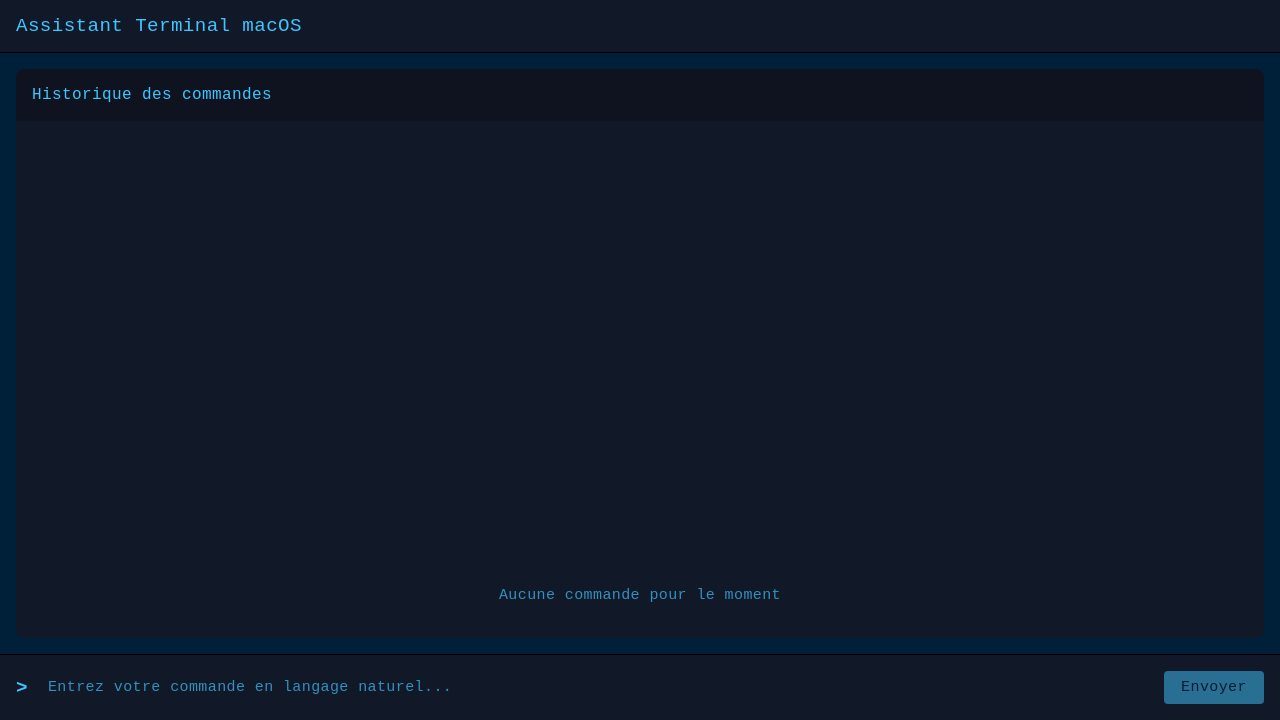
Repository: flobutbut/NaturalMac
Page: /
These files come from the project's save history. The page is drawn as it stood at one moment and after the next save; the edit follows.
The browser window is 1280 px wide. The pictures show the whole page.
The page's requests for data from a server got no answer. The project was rebuilt for these pictures with package versions that can differ from the ones it lists, and the page was loaded fresh each time. No one was signed in, and anything a server would have sent is missing. Also part of the build but not shown: vite.config.ts, src/components/command/CommandItem.vue.

Above is the page before, as saved 2025-03-10 22:13:08.

### index.html
<!DOCTYPE html>
<html lang="fr">
  <head>
    <meta charset="UTF-8" />
    <link rel="icon" type="image/png" href="/icon.png" />
    <meta name="viewport" content="width=device-width, initial-scale=1.0" />
    <meta http-equiv="Content-Security-Policy" content="default-src 'self'; script-src 'self' 'unsafe-inline' 'unsafe-eval'; style-src 'self' 'unsafe-inline';">
    <title>MacOS Assistant</title>
  </head>
  <body>
    <div id="app"></div>
    <script type="module" src="/src/main.ts"></script>
  </body>
</html>

### src/main.ts
import { createApp } from 'vue'
import { createPinia } from 'pinia'
import App from './App.vue'
import i18n from './i18n'
import './assets/main.css'

const app = createApp(App)

app.use(createPinia())
app.use(i18n)

app.mount('#app')

### src/App.vue
<template>
  <div class="app">
    <header class="app-header">
      <h1>{{ $t('app.title') }}</h1>
    </header>

    <main class="app-main">
      <CommandHistory />
    </main>

    <footer class="app-footer">
      <CommandInput />
    </footer>
  </div>
</template>

<script setup lang="ts">
import CommandInput from '@/components/command/CommandInput.vue'
import CommandHistory from '@/components/command/CommandHistory.vue'
</script>

<style>
.app {
  height: 100vh;
  display: flex;
  flex-direction: column;
  background-color: var(--surface-background);
}

.app-header {
  padding: 1rem;
  background-color: var(--surface-front);
  border-bottom: 1px solid var(--border-color);
}

.app-header h1 {
  margin: 0;
  font-size: 1.2rem;
  font-weight: 500;
  color: var(--text-primary);
}

.app-main {
  flex: 1;
  overflow: hidden;
  padding: 1rem;
}

.app-footer {
  background-color: var(--surface-front);
  border-top: 1px solid var(--border-color);
}
</style>

### src/i18n.ts
import { createI18n } from 'vue-i18n'
import fr from './locales/fr'

export default createI18n({
  legacy: false,
  locale: 'fr',
  fallbackLocale: 'fr',
  messages: {
    fr
  }
})

### src/assets/main.css
@import url('https://fonts.googleapis.com/css2?family=Source+Code+Pro:wght@400;500;600&display=swap');

:root {
  /* Couleurs */
  --primary-color: #40C5FF;
  --error-color: #FF407F;
  --success-color: #2DC815;

  --surface-background: #00203A;
  --surface-front: #111827;
  --border-color: #000000;

  --text-primary: #40C5FF;
  --text-secondary: rgba(64, 197, 255, 0.7);

  /* Typography */
  --font-family: 'Source Code Pro', monospace;
  --font-size-base: 15px;
  --line-height-base: 20px;
  --letter-spacing: 0.4px;
}

/* Reset des styles de base */
body {
  margin: 0;
  font-family: var(--font-family);
  font-size: var(--font-size-base);
  line-height: var(--line-height-base);
  letter-spacing: var(--letter-spacing);
  color: var(--text-primary);
  background-color: var(--surface-background);
}

/* Styles des boutons */
.btn {
  font-family: var(--font-family);
  font-size: var(--font-size-base);
  letter-spacing: var(--letter-spacing);
  padding: 0.5rem 1rem;
  border-radius: 4px;
  border: 1px solid var(--border-color);
  cursor: pointer;
  transition: all 0.2s ease;
}

.btn--primary {
  background-color: var(--primary-color);
  color: var(--surface-background);
  border: none;
}

.btn--secondary {
  background-color: var(--surface-front);
  color: var(--text-primary);
  border: 1px solid var(--border-color);
}

.btn--text {
  background: none;
  border: none;
  color: var(--text-secondary);
  padding: 0.25rem 0.5rem;
}

.btn:hover {
  opacity: 0.9;
  transform: translateY(-1px);
}

.btn:disabled {
  opacity: 0.5;
  cursor: not-allowed;
  transform: none;
}

/* Styles des inputs */
input[type="text"],
input[type="password"],
textarea {
  font-family: var(--font-family);
  font-size: var(--font-size-base);
  letter-spacing: var(--letter-spacing);
  background-color: var(--surface-front);
  border: 1px solid var(--border-color);
  color: var(--text-primary);
  padding: 0.5rem;
  border-radius: 4px;
}

input:focus,
textarea:focus {
  outline: none;
  border-color: var(--primary-color);
}

/* Styles des scrollbars */
::-webkit-scrollbar {
  width: 8px;
  height: 8px;
}

::-webkit-scrollbar-track {
  background: var(--surface-background);
}

::-webkit-scrollbar-thumb {
  background: var(--surface-front);
  border-radius: 4px;
}

::-webkit-scrollbar-thumb:hover {
  background: var(--primary-color);
}

/* Theme sombre */
@media (prefers-color-scheme: dark) {
  :root {
    --text-primary: #ecf0f1;
    --text-secondary: #bdc3c7;

    --bg-primary: #2c3e50;
    --bg-secondary: #34495e;
    --bg-code: #1a252f;

    --border-color: #4a5568;
  }
}

### src/components/command/CommandInput.vue
<template>
  <div class="command-input">
    <form @submit.prevent="handleSubmit" class="command-input__form">
      <span class="command-input__prompt">></span>
      <input
        v-model="input"
        type="text"
        :placeholder="$t('command.input.placeholder')"
        class="command-input__field"
        :disabled="isProcessing"
      />
      <button
        type="submit"
        :disabled="!input.length || isProcessing"
        class="btn btn--primary command-input__submit"
      >
        {{ isProcessing ? $t('command.input.processing') : $t('command.input.submit') }}
      </button>
    </form>
  </div>
</template>

<script setup lang="ts">
import { ref } from 'vue'
import { useCommandStore } from '@/stores/commandStore'
import { CommandStatus, CommandType } from '@/types/command'
import { useAI } from '@/composables/useAI'
import { v4 as uuidv4 } from 'uuid'

const input = ref('')
const commandStore = useCommandStore()
const { generateCommand, isProcessing } = useAI()

const handleSubmit = async () => {
  const command = {
    id: uuidv4(),
    input: input.value,
    generatedCommand: '',
    status: CommandStatus.PENDING,
    timestamp: new Date(),
    type: CommandType.SYSTEM
  }

  commandStore.addCommand(command)
  commandStore.setCurrentCommand(command)

  try {
    await generateCommand(command)
  } catch (error) {
    console.error('Erreur lors de la génération de la commande:', error)
  }

  input.value = ''
}
</script>

<style scoped>
.command-input {
  padding: 1rem;
}

.command-input__form {
  display: flex;
  gap: 0.75rem;
  align-items: center;
}

.command-input__prompt {
  color: var(--primary-color);
  font-weight: 600;
  font-size: 1.2rem;
}

.command-input__field {
  flex: 1;
  background: transparent;
  border: none;
  color: var(--text-primary);
  font-size: var(--font-size-base);
}

.command-input__field:focus {
  outline: none;
}

.command-input__field::placeholder {
  color: var(--text-secondary);
}

.command-input__submit {
  min-width: 100px;
}
</style>

### src/components/command/CommandHistory.vue
<template>
  <div class="command-history">
    <div class="command-history__header">
      <h2>{{ $t('command.history.title') }}</h2>
      <button
        v-if="commands.length"
        class="btn btn--text"
        @click="clearHistory"
      >
        {{ $t('command.history.clear') }}
      </button>
    </div>

    <div class="command-history__list" ref="historyList">
      <TransitionGroup name="command-list">
        <CommandItem
          v-for="command in commands"
          :key="command.id"
          :command="command"
          @execute="executeCommand"
          @cancel="cancelCommand"
        />
      </TransitionGroup>
    </div>

    <div
      v-if="!commands.length"
      class="command-history__empty"
    >
      {{ $t('command.history.empty') }}
    </div>
  </div>
</template>

<script setup lang="ts">
import { ref, watch, computed, nextTick } from 'vue'
import { useCommandStore } from '@/stores/commandStore'
import { CommandStatus } from '@/types/command'
import type { Command } from '@/types/command'
import CommandItem from './CommandItem.vue'
import { useI18n } from 'vue-i18n'
import { useCommandExecutor } from '@/composables/useCommandExecutor'

const { t } = useI18n()
const commandStore = useCommandStore()
const historyList = ref<HTMLElement | null>(null)

const commands = computed(() => commandStore.commands)
const { executeCommand: execCommand, isExecuting } = useCommandExecutor()

const executeCommand = async (command: Command) => {
  try {
    await execCommand(command)
  } catch (error) {
    console.error('Erreur lors de l\'exécution de la commande:', error)
  }
}

const cancelCommand = (command: Command) => {
  commandStore.updateCommand(command.id, {
    status: CommandStatus.COMPLETED,
    output: 'Commande annulée'
  })
}

const clearHistory = () => {
  if (confirm(t('command.history.confirmClear'))) {
    commandStore.$reset()
  }
}

// Scroll automatique vers la dernière commande
watch(() => commands.value.length, () => {
  nextTick(() => {
    if (historyList.value) {
      historyList.value.scrollTop = historyList.value.scrollHeight
    }
  })
})
</script>

<style scoped>
.command-history {
  height: 100%;
  display: flex;
  flex-direction: column;
  background-color: var(--surface-front);
  border-radius: 8px;
  overflow: hidden;
}

.command-history__header {
  display: flex;
  justify-content: space-between;
  align-items: center;
  padding: 1rem;
  background-color: rgba(0, 0, 0, 0.2);
}

.command-history__header h2 {
  margin: 0;
  font-size: 1rem;
  font-weight: 500;
}

.command-history__list {
  flex: 1;
  overflow-y: auto;
  padding: 1rem;
}

.command-history__empty {
  text-align: center;
  color: var(--text-secondary);
  padding: 2rem;
}

.command-list-enter-active,
.command-list-leave-active {
  transition: all 0.3s ease;
}

.command-list-enter-from,
.command-list-leave-to {
  opacity: 0;
  transform: translateY(30px);
}
</style>

### src/locales/fr.ts
export default {
  app: {
    title: 'Assistant Terminal macOS'
  },
  command: {
    input: {
      placeholder: 'Entrez votre commande en langage naturel...',
      label: 'Demande',
      submit: 'Envoyer',
      processing: 'Traitement...'
    },
    generated: {
      label: 'Commande générée'
    },
    output: {
      label: 'Résultat'
    },
    status: {
      pending: 'En attente',
      generating: 'Génération...',
      confirming: 'En attente de confirmation',
      executing: 'Exécution...',
      completed: 'Terminé',
      error: 'Erreur'
    },
    actions: {
      execute: 'Exécuter',
      cancel: 'Annuler'
    },
    history: {
      title: 'Historique des commandes',
      empty: 'Aucune commande pour le moment',
      clear: 'Effacer l\'historique',
      confirmClear: 'Êtes-vous sûr de vouloir effacer tout l\'historique ?'
    }
  }
}

### src/stores/commandStore.ts
import { defineStore } from 'pinia'
import { ref } from 'vue'
import type { Command } from '@/types/command'

export const useCommandStore = defineStore('command', () => {
  const commands = ref<Command[]>([])
  const currentCommand = ref<Command | null>(null)

  const addCommand = (command: Command) => {
    commands.value.push(command)
  }

  const updateCommand = (id: string, updates: Partial<Command>) => {
    const index = commands.value.findIndex(cmd => cmd.id === id)
    if (index !== -1) {
      commands.value[index] = { ...commands.value[index], ...updates }
    }
  }

  const setCurrentCommand = (command: Command | null) => {
    currentCommand.value = command
  }

  return {
    commands,
    currentCommand,
    addCommand,
    updateCommand,
    setCurrentCommand
  }
})

### src/types/command.ts
export interface Command {
  id: string;
  input: string;
  generatedCommand: string;
  output?: string;
  status: CommandStatus;
  timestamp: Date;
  type: CommandType;
}

export enum CommandStatus {
  PENDING = 'pending',
  GENERATING = 'generating',
  CONFIRMING = 'confirming',
  EXECUTING = 'executing',
  COMPLETED = 'completed',
  ERROR = 'error'
}

export enum CommandType {
  FILE = 'file',
  SYSTEM = 'system',
  MEDIA = 'media',
  NETWORK = 'network',
  PRODUCTIVITY = 'productivity'
}

### src/composables/useAI.ts
import { ref } from 'vue'
import { ClaudeService } from '@/services/ai/claudeService'
import type { Command } from '@/types/command'
import { CommandStatus } from '@/types/command'
import { useCommandStore } from '@/stores/commandStore'

export function useAI() {
  const aiService = new ClaudeService()
  const isProcessing = ref(false)
  const commandStore = useCommandStore()

  const generateCommand = async (command: Command) => {
    isProcessing.value = true

    try {
      commandStore.updateCommand(command.id, {
        status: CommandStatus.GENERATING
      })

      const generatedCommand = await aiService.generateCommand(command.input)

      commandStore.updateCommand(command.id, {
        generatedCommand,
        status: CommandStatus.CONFIRMING
      })

      return generatedCommand
    } catch (error) {
      commandStore.updateCommand(command.id, {
        status: CommandStatus.ERROR,
        output: error instanceof Error ? error.message : 'Erreur inconnue'
      })
      throw error
    } finally {
      isProcessing.value = false
    }
  }

  return {
    generateCommand,
    isProcessing
  }
}

### src/composables/useCommandExecutor.ts
import { ref } from 'vue'
import { MacOSCommandExecutor } from '@/services/system/commandExecutor'
import type { Command } from '@/types/command'
import { CommandStatus } from '@/types/command'
import { useCommandStore } from '@/stores/commandStore'

export function useCommandExecutor() {
  const executor = new MacOSCommandExecutor()
  const isExecuting = ref(false)
  const commandStore = useCommandStore()

  const executeCommand = async (command: Command) => {
    isExecuting.value = true

    try {
      const validation = executor.validateCommand(command.generatedCommand)

      if (!validation.isValid) {
        commandStore.updateCommand(command.id, {
          status: CommandStatus.ERROR,
          output: validation.message
        })
        return
      }

      commandStore.updateCommand(command.id, {
        status: CommandStatus.EXECUTING
      })

      const result = await executor.execute(command.generatedCommand)

      commandStore.updateCommand(command.id, {
        status: result.success ? CommandStatus.COMPLETED : CommandStatus.ERROR,
        output: result.success ? result.output : result.error
      })

      return result
    } catch (error) {
      commandStore.updateCommand(command.id, {
        status: CommandStatus.ERROR,
        output: error instanceof Error ? error.message : 'Erreur inconnue'
      })
      throw error
    } finally {
      isExecuting.value = false
    }
  }

  return {
    executeCommand,
    isExecuting
  }
}

### src/services/ai/claudeService.ts
import { AI_CONFIG } from '@/config/ai.config'
import type { AIService } from '@/types/ai'

export class ClaudeService implements AIService {
  private apiKey: string;

  constructor() {
    this.apiKey = AI_CONFIG.apiKey;
    if (!this.apiKey) {
      throw new Error('API Key non configurée');
    }
  }

  async generateCommand(input: string): Promise<string> {
    try {
      const response = await fetch('https://api.anthropic.com/v1/messages', {
        method: 'POST',
        headers: {
          'Content-Type': 'application/json',
          'x-api-key': this.apiKey,
          'anthropic-version': '2023-06-01'
        },
        body: JSON.stringify({
          model: AI_CONFIG.model,
          max_tokens: AI_CONFIG.maxTokens,
          messages: [
            {
              role: 'system',
              content: AI_CONFIG.basePrompt
            },
            {
              role: 'user',
              content: input
            }
          ],
          temperature: AI_CONFIG.temperature
        })
      });

      const data = await response.json();

      if (!response.ok) {
        throw new Error(`Erreur API: ${data.error?.message || 'Erreur inconnue'}`);
      }

      return data.content[0].text;
    } catch (error) {
      console.error('Erreur lors de la génération de la commande:', error);
      throw error;
    }
  }
}

### src/services/system/commandExecutor.ts
import type { CommandExecutor, ExecutionResult, ValidationResult } from '@/types/executor'
import { RiskLevel } from '@/types/executor'

export class MacOSCommandExecutor implements CommandExecutor {
  private activeCommands: Map<string, AbortController> = new Map()

  async execute(command: string): Promise<ExecutionResult> {
    const validation = this.validateCommand(command)

    if (!validation.isValid) {
      return {
        success: false,
        output: '',
        error: validation.message
      }
    }

    try {
      const result = await window.electronAPI.executeCommand(command)
      return result
    } catch (error) {
      return {
        success: false,
        output: '',
        error: error instanceof Error ? error.message : 'Erreur inconnue'
      }
    }
  }

  validateCommand(command: string): ValidationResult {
    const risks = []

    // Vérification des commandes dangereuses
    if (command.includes('rm -rf') || command.includes('sudo')) {
      risks.push({
        level: RiskLevel.HIGH,
        description: 'Commande potentiellement dangereuse détectée',
        mitigation: 'Évitez d\'utiliser rm -rf ou sudo directement'
      })
    }

    // Vérification des chemins sensibles
    if (command.includes('/etc') || command.includes('/usr')) {
      risks.push({
        level: RiskLevel.MEDIUM,
        description: 'Accès à des répertoires système',
        mitigation: 'Assurez-vous d\'avoir les permissions nécessaires'
      })
    }

    // Vérification des commandes de réseau
    if (command.includes('curl') || command.includes('wget')) {
      risks.push({
        level: RiskLevel.LOW,
        description: 'Commande réseau détectée',
        mitigation: 'Vérifiez l\'URL source avant l\'exécution'
      })
    }

    const hasHighRisk = risks.some(risk => risk.level === RiskLevel.HIGH)

    return {
      isValid: !hasHighRisk,
      risks,
      message: hasHighRisk ? 'Commande non autorisée pour des raisons de sécurité' : undefined
    }
  }

  abort(commandId: string): void {
    const controller = this.activeCommands.get(commandId)
    if (controller) {
      controller.abort()
      this.activeCommands.delete(commandId)
    }
  }
}

### src/config/ai.config.ts
export const AI_CONFIG = {
  apiKey: import.meta.env.VITE_ANTHROPIC_API_KEY || '',
  model: 'claude-3-sonnet-20240229',
  temperature: 0.7,
  maxTokens: 500,
  basePrompt: `Tu es un assistant qui convertit les commandes en langage naturel en commandes terminal macOS.
  - Génère uniquement la commande, sans explication
  - Utilise les commandes natives macOS quand possible
  - Priorise les commandes sûres et réversibles
  - Ajoute des commentaires si nécessaire`
}

### src/types/executor.ts
export interface CommandExecutor {
  execute(command: string): Promise<ExecutionResult>;
  validateCommand(command: string): ValidationResult;
  abort(commandId: string): void;
}

export interface ExecutionResult {
  success: boolean;
  output: string;
  error?: string;
  code?: number;
}

export interface ValidationResult {
  isValid: boolean;
  risks: CommandRisk[];
  message?: string;
}

export interface CommandRisk {
  level: RiskLevel;
  description: string;
  mitigation?: string;
}

export enum RiskLevel {
  NONE = 'none',
  LOW = 'low',
  MEDIUM = 'medium',
  HIGH = 'high',
  CRITICAL = 'critical'
}

After the next save:
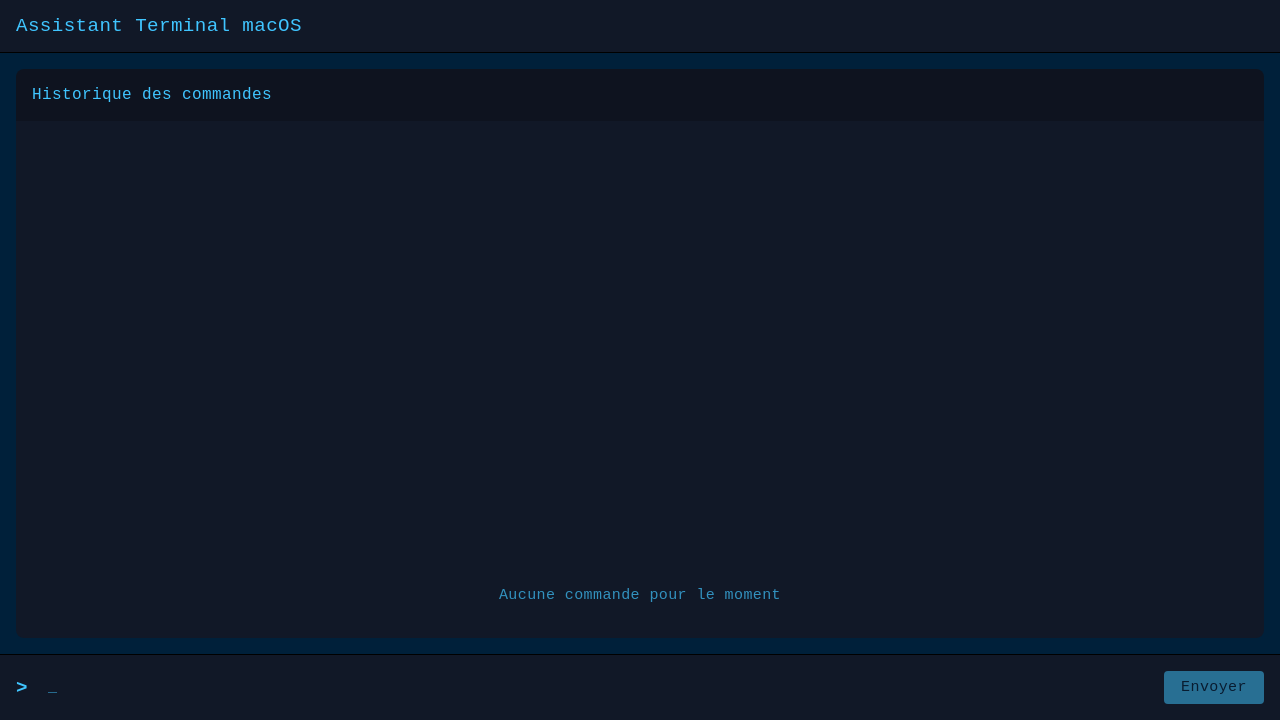
Saved 87 s later.
--- a/src/locales/fr.ts
+++ b/src/locales/fr.ts
@@ -4,7 +4,7 @@ export default {
   },
   command: {
     input: {
-      placeholder: 'Entrez votre commande en langage naturel...',
+      placeholder: '_',
       label: 'Demande',
       submit: 'Envoyer',
       processing: 'Traitement...'
